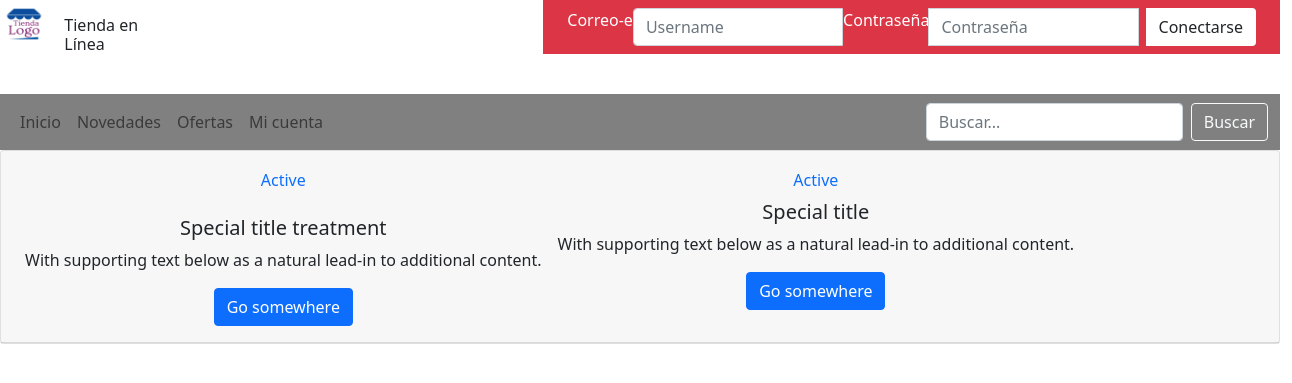
Repository: nicorp00/bootstrapSass
Page: Main/index.html
These files come from the project's save history. The page is drawn as it stood at one moment and after a run of saves; the edit follows.
The browser window is 1280 px wide. The page is 1292 px wide, so the pictures cover 1292 px, including what lies to the right of the window. The pictures show the whole page.
The style sheet was rebuilt from its Sass, Less or Tailwind sources for each picture, by a compiler version that may differ from the author's.

Above is the page before, as saved 2022-03-25 11:26:36.

### Main/index.html
<!DOCTYPE html>
<html lang="en">
<head>
    <meta charset="UTF-8">
    <meta http-equiv="X-UA-Compatible" content="IE=edge">
    <meta name="viewport" content="width=device-width, initial-scale=1.0">
    <title>Document</title>
    <link rel="stylesheet" href="css/style.css">
    <link rel="stylesheet" href="css/bootstrap.min.css">
</head>
<body>
    <section class="section__top row">
        <div class="col-2">
            <div class="card mb-3 border-0" style="max-width: 540px;">
                <div class="row g-0">
                  <div class="col-md-3">
                    <img src="img/logo.png" class="img-fluid rounded-start" alt="...">
                  </div>
                  <div class="col-md-9">
                    <div class="card-body">
                      <h6 class="card-title">Tienda en Línea</h6>
                    </div>
                  </div>
                </div>
              </div>
        </div>
        <div class="col-3"></div>
        <div class="top-nav col-7">
            <nav class="navbar navbar-danger bg-danger">
                <form class="container-fluid">
                  <div class="input-group">
                    <!--<span class="input-group-text" id="basic-addon1">@</span>-->
                    Correo-e<input type="text" class="form-control" placeholder="Username" aria-label="Correo@" aria-describedby="basic-addon1">
                    Contraseña<input class="form-control me-2" type="search" placeholder="Contraseña" aria-label="Search">
                    <button class="btn btn-outline" type="submit">Conectarse</button>
                  </div>
                </form>
              </nav>
        </div>
    </section>

    <section class="section__nav">
        <nav class="navbar navbar-expand-lg navbar-light">
            <div class="container-fluid">
              <button class="navbar-toggler" type="button" data-bs-toggle="collapse" data-bs-target="#navbarSupportedContent" aria-controls="navbarSupportedContent" aria-expanded="false" aria-label="Toggle navigation">
                <span class="navbar-toggler-icon"></span>
              </button>
              <div class="collapse navbar-collapse" id="navbarSupportedContent">
                <ul class="navbar-nav me-auto mb-2 mb-lg-0">
                  <li class="nav-item">
                    <a class="nav-link" aria-current="page" href="#">Inicio</a>
                  </li>
                  <li class="nav-item">
                    <a class="nav-link" href="#">Novedades</a>
                  </li>
                  <li class="nav-item">
                    <a class="nav-link" href="#">Ofertas</a>
                  </li>
                  <li class="nav-item">
                    <a class="nav-link" href="#">Mi cuenta</a>
                  </li>
                </ul>
                <form class="d-flex">
                  <input class="form-control me-2" type="search" placeholder="Buscar..." aria-label="Search">
                  <button class="btn btn-outline-light" type="submit">Buscar</button>
                </form>
              </div>
            </div>
          </nav>
    </section>

    <section class="">
        <div>
            <div class="card text-center">
                <div class="card-header">
                  <ul class="nav nav-tabs card-header-tabs">
                    <li class="nav-item">
                      <a class="nav-link" aria-current="true" href="#">Active</a>
                      <div class="card-body">
                  <h5 class="card-title">Special title treatment</h5>
                  <p class="card-text">With supporting text below as a natural lead-in to additional content.</p>
                  <a href="#" class="btn btn-primary">Go somewhere</a>
                </div>
                    </li>
                    <li class="nav-item">
                        <a class="nav-link" aria-current="true" href="#">Active</a>
                        <h5 class="card-title">Special title</h5>
                        <p class="card-text">With supporting text below as a natural lead-in to additional content.</p>
                        <a href="#" class="btn btn-primary">Go somewhere</a>
                      </li>
                  </ul>
                </div>

              </div>
        </div>
    </section>
    <script src="js/bootstrap.min.js"></script>
</body>
</html>

### Main/scss/style.scss
@use 'section__top';
@use 'section__nav';

### Main/scss/_section__top.scss
.section__top{
    span{
        margin-left: 20%;
    }
    form{
        color: white;
    }
    button{
        background-color: white;
    }
}

### Main/scss/_section__nav.scss
.section__nav{
    background-color: grey;

    .nav-item{
        color: white;
    }
}

Loaded but not shown: Main/css/bootstrap.min.css (library); Main/js/bootstrap.min.js (library)

After the next 2 saves:
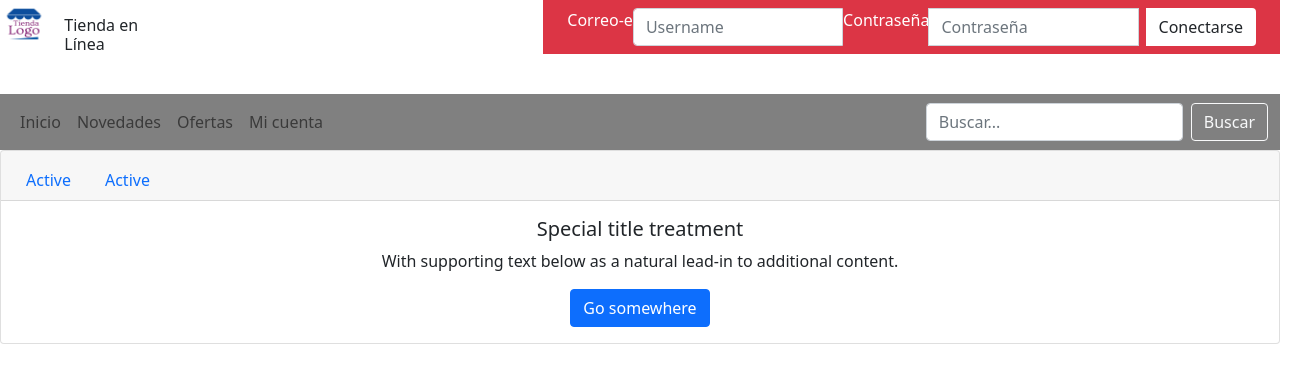
The 2 saves are shown as one change because they came seconds apart.
The last was saved 8 s later.
--- a/Main/index.html
+++ b/Main/index.html
@@ -76,21 +76,17 @@
                   <ul class="nav nav-tabs card-header-tabs">
                     <li class="nav-item">
                       <a class="nav-link" aria-current="true" href="#">Active</a>
-                      <div class="card-body">
+                    </li>
+                    <li class="nav-item">
+                        <a class="nav-link" aria-current="false" href="#">Active</a>
+                      </li>
+                  </ul>
+                </div>
+                <div class="card-body">
                   <h5 class="card-title">Special title treatment</h5>
                   <p class="card-text">With supporting text below as a natural lead-in to additional content.</p>
                   <a href="#" class="btn btn-primary">Go somewhere</a>
                 </div>
-                    </li>
-                    <li class="nav-item">
-                        <a class="nav-link" aria-current="true" href="#">Active</a>
-                        <h5 class="card-title">Special title</h5>
-                        <p class="card-text">With supporting text below as a natural lead-in to additional content.</p>
-                        <a href="#" class="btn btn-primary">Go somewhere</a>
-                      </li>
-                  </ul>
-                </div>
-
               </div>
         </div>
     </section>
